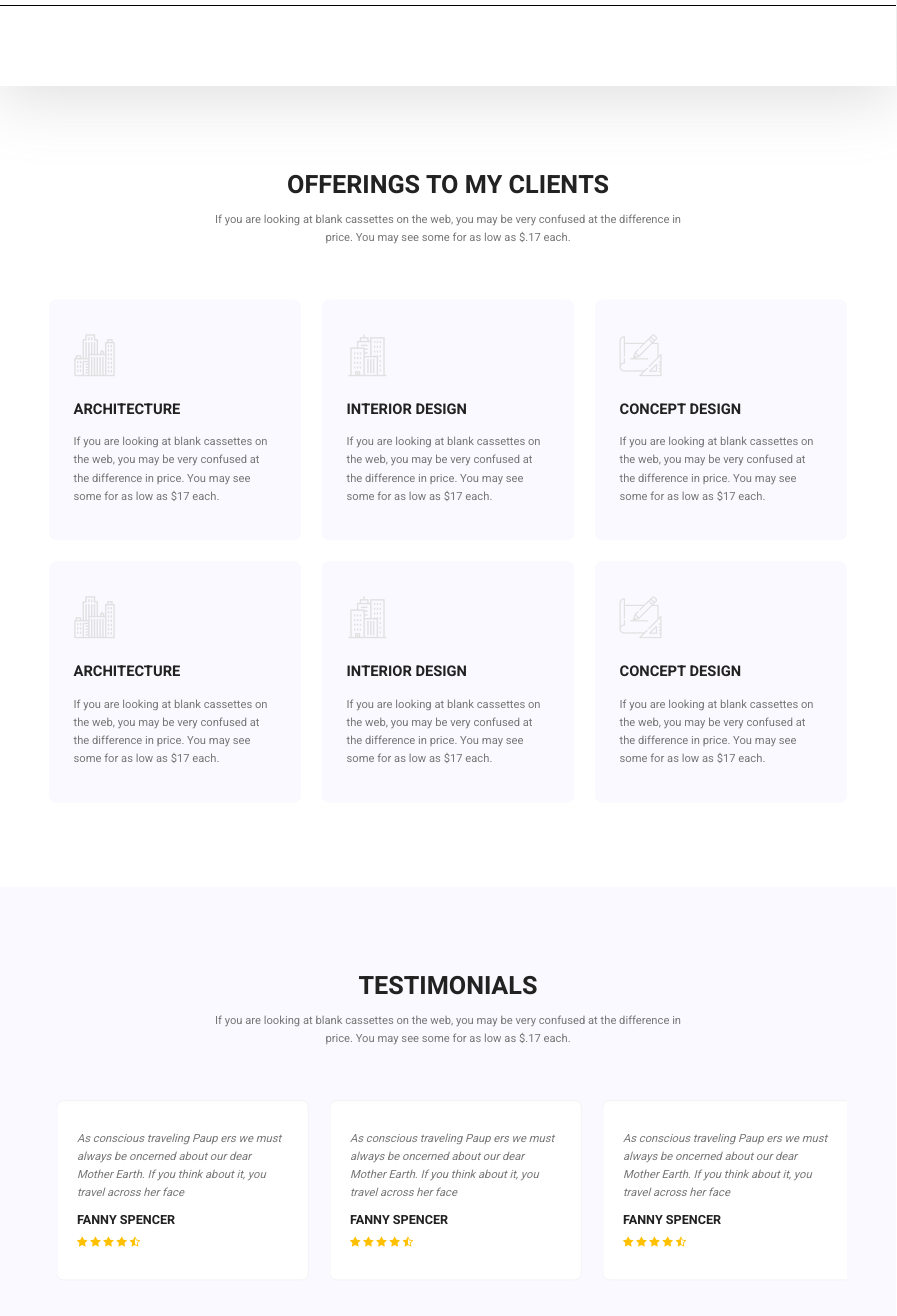
Repository: ChaabeneHabib/habib-chaabene
Page: services.html
These files come from the project's save history. The page is drawn as it stood at one moment and after the next save; the edit follows.
The browser window is 1280 px wide. The page is 1281 px wide, so the pictures cover 1281 px, including what lies to the right of the window. The pictures show the part of the page from y = 357 to 2237 px (the page is 2729 px tall before and 1825 px after), at 70% of full size.

Above is the page before, as saved 2019-12-23 16:20:01.

### services.html
<!doctype html>
<html lang="en">
    <head>
        <!-- Required meta tags -->
        <meta charset="utf-8">
        <meta name="viewport" content="width=device-width, initial-scale=1, shrink-to-fit=no">
        <link rel="icon" href="img/favicon.png" type="image/png">
        <title>MeetMe Personal</title>
        <!-- Bootstrap CSS -->
        <link rel="stylesheet" href="css/bootstrap.css">
        <link rel="stylesheet" href="vendors/linericon/style.css">
        <link rel="stylesheet" href="css/font-awesome.min.css">
        <link rel="stylesheet" href="vendors/owl-carousel/owl.carousel.min.css">
        <link rel="stylesheet" href="vendors/lightbox/simpleLightbox.css">
        <link rel="stylesheet" href="vendors/nice-select/css/nice-select.css">
        <link rel="stylesheet" href="vendors/animate-css/animate.css">
        <link rel="stylesheet" href="vendors/popup/magnific-popup.css">
        <link rel="stylesheet" href="vendors/flaticon/flaticon.css">
        <!-- main css -->
        <link rel="stylesheet" href="css/style.css">
        <link rel="stylesheet" href="css/responsive.css">
    </head>
    <body>

        <!--================Header Menu Area =================-->
        <header class="header_area">
            <div class="main_menu">
            	<nav class="navbar navbar-expand-lg navbar-light">
					<div class="container box_1620">
						<!-- Brand and toggle get grouped for better mobile display -->
						<a class="navbar-brand logo_h" href="index.html"><img src="img/logo.png" alt=""></a>
						<button class="navbar-toggler" type="button" data-toggle="collapse" data-target="#navbarSupportedContent" aria-controls="navbarSupportedContent" aria-expanded="false" aria-label="Toggle navigation">
							<span class="icon-bar"></span>
							<span class="icon-bar"></span>
							<span class="icon-bar"></span>
						</button>
						<!-- Collect the nav links, forms, and other content for toggling -->
						<div class="collapse navbar-collapse offset" id="navbarSupportedContent">
							<ul class="nav navbar-nav menu_nav ml-auto">
								<li class="nav-item active"><a class="nav-link" href="index.html">Home</a></li>
								<li class="nav-item"><a class="nav-link" href="about-us.html">About</a></li>
								<li class="nav-item"><a class="nav-link" href="services.html">Services</a></li>
								<li class="nav-item submenu dropdown">
									<a href="#" class="nav-link dropdown-toggle" data-toggle="dropdown" role="button" aria-haspopup="true" aria-expanded="false">Pages</a>
									<ul class="dropdown-menu">
										<li class="nav-item"><a class="nav-link" href="portfolio.html">Portfolio</a></li>
										<li class="nav-item"><a class="nav-link" href="elements.html">Elements</a></li>
									</ul>
								</li>
								<li class="nav-item submenu dropdown">
									<a href="#" class="nav-link dropdown-toggle" data-toggle="dropdown" role="button" aria-haspopup="true" aria-expanded="false">Blog</a>
									<ul class="dropdown-menu">
										<li class="nav-item"><a class="nav-link" href="blog.html">Blog</a></li>
										<li class="nav-item"><a class="nav-link" href="single-blog.html">Blog Details</a></li>
									</ul>
								</li>
								<li class="nav-item"><a class="nav-link" href="contact.html">Contact</a></li>
							</ul>
						</div>
					</div>
            	</nav>
            </div>
        </header>
        <!--================Header Menu Area =================-->

        <!--================Home Banner Area =================-->
        <section class="banner_area">
            <div class="box_1620">
				<div class="banner_inner d-flex align-items-center">
					<div class="container">
						<div class="banner_content text-center">
							<h2>Services</h2>
							<div class="page_link">
								<a href="index.html">Home</a>
								<a href="services.html">Services</a>
							</div>
						</div>
					</div>
				</div>
            </div>
        </section>
        <!--================End Home Banner Area =================-->

        <!--================Feature Area =================-->
        <section class="feature_area white_feature p_120">
        	<div class="container">
        		<div class="main_title">
        			<h2>offerings to my clients</h2>
        			<p>If you are looking at blank cassettes on the web, you may be very confused at the difference in price. You may see some for as low as $.17 each.</p>
        		</div>
        		<div class="feature_inner row">
        			<div class="col-lg-4 col-md-6">
        				<div class="feature_item">
        					<i class="flaticon-city"></i>
        					<h4>Architecture</h4>
        					<p>If you are looking at blank cassettes on the web, you may be very confused at the difference in price. You may see some for as low as $17 each.</p>
        				</div>
        			</div>
        			<div class="col-lg-4 col-md-6">
        				<div class="feature_item">
        					<i class="flaticon-skyline"></i>
        					<h4>Interior Design</h4>
        					<p>If you are looking at blank cassettes on the web, you may be very confused at the difference in price. You may see some for as low as $17 each.</p>
        				</div>
        			</div>
        			<div class="col-lg-4 col-md-6">
        				<div class="feature_item">
        					<i class="flaticon-sketch"></i>
        					<h4>Concept Design</h4>
        					<p>If you are looking at blank cassettes on the web, you may be very confused at the difference in price. You may see some for as low as $17 each.</p>
        				</div>
        			</div>
        			<div class="col-lg-4 col-md-6">
        				<div class="feature_item">
        					<i class="flaticon-city"></i>
        					<h4>Architecture</h4>
        					<p>If you are looking at blank cassettes on the web, you may be very confused at the difference in price. You may see some for as low as $17 each.</p>
        				</div>
        			</div>
        			<div class="col-lg-4 col-md-6">
        				<div class="feature_item">
        					<i class="flaticon-skyline"></i>
        					<h4>Interior Design</h4>
        					<p>If you are looking at blank cassettes on the web, you may be very confused at the difference in price. You may see some for as low as $17 each.</p>
        				</div>
        			</div>
        			<div class="col-lg-4 col-md-6">
        				<div class="feature_item">
        					<i class="flaticon-sketch"></i>
        					<h4>Concept Design</h4>
        					<p>If you are looking at blank cassettes on the web, you may be very confused at the difference in price. You may see some for as low as $17 each.</p>
        				</div>
        			</div>
        		</div>
        	</div>
        </section>
        <!--================End Feature Area =================-->

        <!--================Testimonials Area =================-->
        <section class="testimonials_area p_120">
        	<div class="container">
        		<div class="main_title">
        			<h2>Testimonials</h2>
        			<p>If you are looking at blank cassettes on the web, you may be very confused at the difference in price. You may see some for as low as $.17 each.</p>
        		</div>
        		<div class="testi_inner">
					<div class="testi_slider owl-carousel">
						<div class="item">
							<div class="testi_item">
								<p>As conscious traveling Paup ers we must always be oncerned about our dear Mother Earth. If you think about it, you travel across her face</p>
								<h4>Fanny Spencer</h4>
								<a href="#"><i class="fa fa-star"></i></a>
								<a href="#"><i class="fa fa-star"></i></a>
								<a href="#"><i class="fa fa-star"></i></a>
								<a href="#"><i class="fa fa-star"></i></a>
								<a href="#"><i class="fa fa-star-half-o"></i></a>
							</div>
						</div>
						<div class="item">
							<div class="testi_item">
								<p>As conscious traveling Paup ers we must always be oncerned about our dear Mother Earth. If you think about it, you travel across her face</p>
								<h4>Fanny Spencer</h4>
								<a href="#"><i class="fa fa-star"></i></a>
								<a href="#"><i class="fa fa-star"></i></a>
								<a href="#"><i class="fa fa-star"></i></a>
								<a href="#"><i class="fa fa-star"></i></a>
								<a href="#"><i class="fa fa-star-half-o"></i></a>
							</div>
						</div>
						<div class="item">
							<div class="testi_item">
								<p>As conscious traveling Paup ers we must always be oncerned about our dear Mother Earth. If you think about it, you travel across her face</p>
								<h4>Fanny Spencer</h4>
								<a href="#"><i class="fa fa-star"></i></a>
								<a href="#"><i class="fa fa-star"></i></a>
								<a href="#"><i class="fa fa-star"></i></a>
								<a href="#"><i class="fa fa-star"></i></a>
								<a href="#"><i class="fa fa-star-half-o"></i></a>
							</div>
						</div>
					</div>
        		</div>
        	</div>
        </section>
        <!--================End Testimonials Area =================-->

        <!--================Footer Area =================-->
        <footer class="footer_area p_120">
        	<div class="container">
        		<div class="row footer_inner">
        			<div class="col-lg-5 col-sm-6">
        				<aside class="f_widget ab_widget">
        					<div class="f_title">
        						<h3>About Me</h3>
        					</div>
        					<p>Do you want to be even more successful? Learn to love learning and growth. The more effort you put into improving your skills,</p>
        					<p><!-- Link back to Colorlib can't be removed. Template is licensed under CC BY 3.0. -->
Copyright &copy;<script>document.write(new Date().getFullYear());</script> All rights reserved | This template is made with <i class="fa fa-heart-o" aria-hidden="true"></i> by <a href="https://colorlib.com" target="_blank">Colorlib</a>
<!-- Link back to Colorlib can't be removed. Template is licensed under CC BY 3.0. --></p>
        				</aside>
        			</div>
        			<div class="col-lg-5 col-sm-6">
        				<aside class="f_widget news_widget">
        					<div class="f_title">
        						<h3>Newsletter</h3>
        					</div>
        					<p>Stay updated with our latest trends</p>
        					<div id="mc_embed_signup">
                                <form target="_blank" action="https://spondonit.us12.list-manage.com/subscribe/post?u=1462626880ade1ac87bd9c93a&amp;id=92a4423d01" method="get" class="subscribe_form relative">
                                	<div class="input-group d-flex flex-row">
                                        <input name="EMAIL" placeholder="Enter email address" onfocus="this.placeholder = ''" onblur="this.placeholder = 'Email Address '" required="" type="email">
                                        <button class="btn sub-btn"><span class="lnr lnr-arrow-right"></span></button>
                                    </div>
                                    <div class="mt-10 info"></div>
                                </form>
                            </div>
        				</aside>
        			</div>
        			<div class="col-lg-2">
        				<aside class="f_widget social_widget">
        					<div class="f_title">
        						<h3>Follow Me</h3>
        					</div>
        					<p>Let us be social</p>
        					<ul class="list">
        						<li><a href="#"><i class="fa fa-facebook"></i></a></li>
        						<li><a href="#"><i class="fa fa-twitter"></i></a></li>
        						<li><a href="#"><i class="fa fa-dribbble"></i></a></li>
        						<li><a href="#"><i class="fa fa-behance"></i></a></li>
        					</ul>
        				</aside>
        			</div>
        		</div>
        	</div>
        </footer>
        <!--================End Footer Area =================-->




        <!-- Optional JavaScript -->
        <!-- jQuery first, then Popper.js, then Bootstrap JS -->
        <script src="js/jquery-3.3.1.min.js"></script>
        <script src="js/popper.js"></script>
        <script src="js/bootstrap.min.js"></script>
        <script src="js/stellar.js"></script>
        <script src="vendors/lightbox/simpleLightbox.min.js"></script>
        <script src="vendors/nice-select/js/jquery.nice-select.min.js"></script>
        <script src="vendors/isotope/imagesloaded.pkgd.min.js"></script>
        <script src="vendors/isotope/isotope.pkgd.min.js"></script>
        <script src="vendors/owl-carousel/owl.carousel.min.js"></script>
        <script src="vendors/popup/jquery.magnific-popup.min.js"></script>
        <script src="js/jquery.ajaxchimp.min.js"></script>
        <script src="vendors/counter-up/jquery.waypoints.min.js"></script>
        <script src="vendors/counter-up/jquery.counterup.min.js"></script>
        <script src="js/mail-script.js"></script>
        <script src="js/theme.js"></script>
    </body>
</html>

Loaded but not shown: css/bootstrap.css (library); vendors/linericon/style.css (library); css/font-awesome.min.css (library); vendors/owl-carousel/owl.carousel.min.css (common file); vendors/lightbox/simpleLightbox.css (library); vendors/nice-select/css/nice-select.css (library); vendors/animate-css/animate.css (library); vendors/popup/magnific-popup.css (library); vendors/flaticon/flaticon.css (common file); js/jquery-3.3.1.min.js (library); js/popper.js (library); js/bootstrap.min.js (library); js/stellar.js (library); vendors/lightbox/simpleLightbox.min.js (library); vendors/nice-select/js/jquery.nice-select.min.js (common file); vendors/isotope/imagesloaded.pkgd.min.js (library); vendors/isotope/isotope.pkgd.min.js (library); vendors/owl-carousel/owl.carousel.min.js (library); vendors/popup/jquery.magnific-popup.min.js (library); js/jquery.ajaxchimp.min.js (library); vendors/counter-up/jquery.waypoints.min.js (library); vendors/counter-up/jquery.counterup.min.js (common file); js/theme.js (419 lines, source omitted); js/mail-script.js (31 lines, source omitted); css/style.css (3006 lines, source omitted); css/responsive.css (442 lines, source omitted)

After the next save:
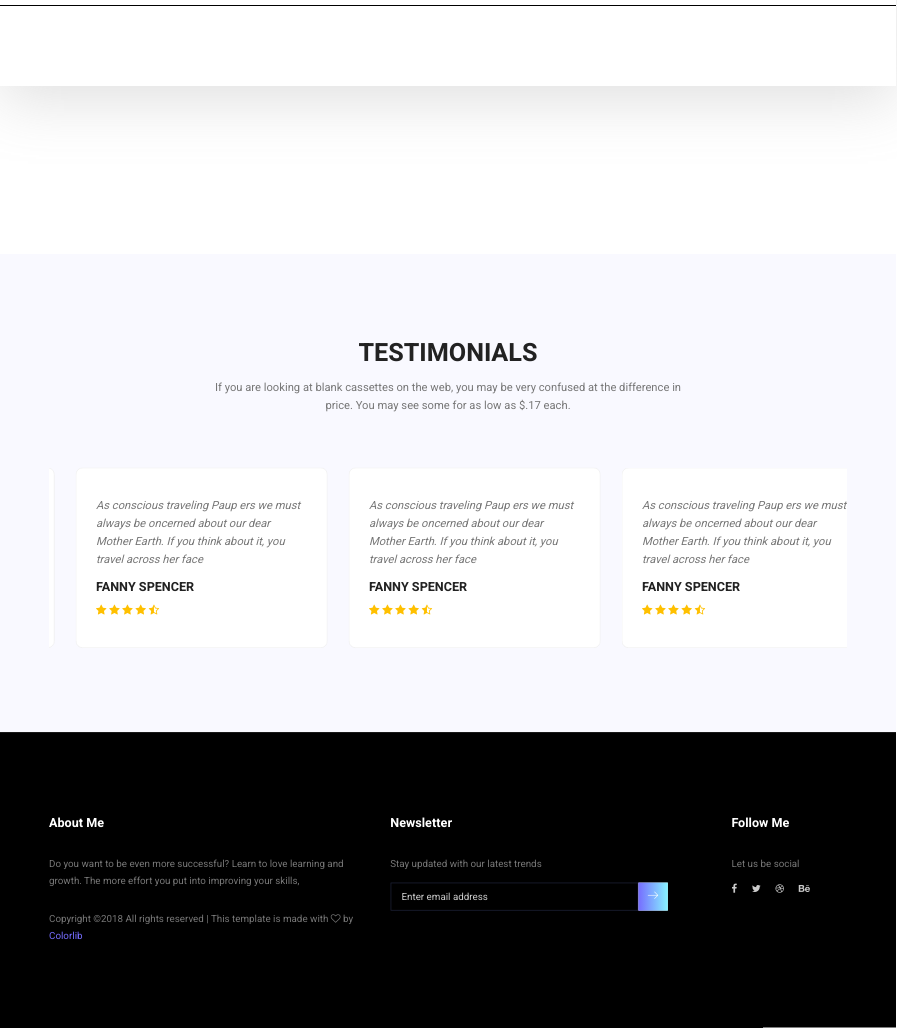
Saved 71 s later.
--- a/services.html
+++ b/services.html
@@ -84,54 +84,7 @@
         <!--================Feature Area =================-->
         <section class="feature_area white_feature p_120">
         	<div class="container">
-        		<div class="main_title">
-        			<h2>offerings to my clients</h2>
-        			<p>If you are looking at blank cassettes on the web, you may be very confused at the difference in price. You may see some for as low as $.17 each.</p>
-        		</div>
-        		<div class="feature_inner row">
-        			<div class="col-lg-4 col-md-6">
-        				<div class="feature_item">
-        					<i class="flaticon-city"></i>
-        					<h4>Architecture</h4>
-        					<p>If you are looking at blank cassettes on the web, you may be very confused at the difference in price. You may see some for as low as $17 each.</p>
-        				</div>
-        			</div>
-        			<div class="col-lg-4 col-md-6">
-        				<div class="feature_item">
-        					<i class="flaticon-skyline"></i>
-        					<h4>Interior Design</h4>
-        					<p>If you are looking at blank cassettes on the web, you may be very confused at the difference in price. You may see some for as low as $17 each.</p>
-        				</div>
-        			</div>
-        			<div class="col-lg-4 col-md-6">
-        				<div class="feature_item">
-        					<i class="flaticon-sketch"></i>
-        					<h4>Concept Design</h4>
-        					<p>If you are looking at blank cassettes on the web, you may be very confused at the difference in price. You may see some for as low as $17 each.</p>
-        				</div>
-        			</div>
-        			<div class="col-lg-4 col-md-6">
-        				<div class="feature_item">
-        					<i class="flaticon-city"></i>
-        					<h4>Architecture</h4>
-        					<p>If you are looking at blank cassettes on the web, you may be very confused at the difference in price. You may see some for as low as $17 each.</p>
-        				</div>
-        			</div>
-        			<div class="col-lg-4 col-md-6">
-        				<div class="feature_item">
-        					<i class="flaticon-skyline"></i>
-        					<h4>Interior Design</h4>
-        					<p>If you are looking at blank cassettes on the web, you may be very confused at the difference in price. You may see some for as low as $17 each.</p>
-        				</div>
-        			</div>
-        			<div class="col-lg-4 col-md-6">
-        				<div class="feature_item">
-        					<i class="flaticon-sketch"></i>
-        					<h4>Concept Design</h4>
-        					<p>If you are looking at blank cassettes on the web, you may be very confused at the difference in price. You may see some for as low as $17 each.</p>
-        				</div>
-        			</div>
-        		</div>
+
         	</div>
         </section>
         <!--================End Feature Area =================-->
